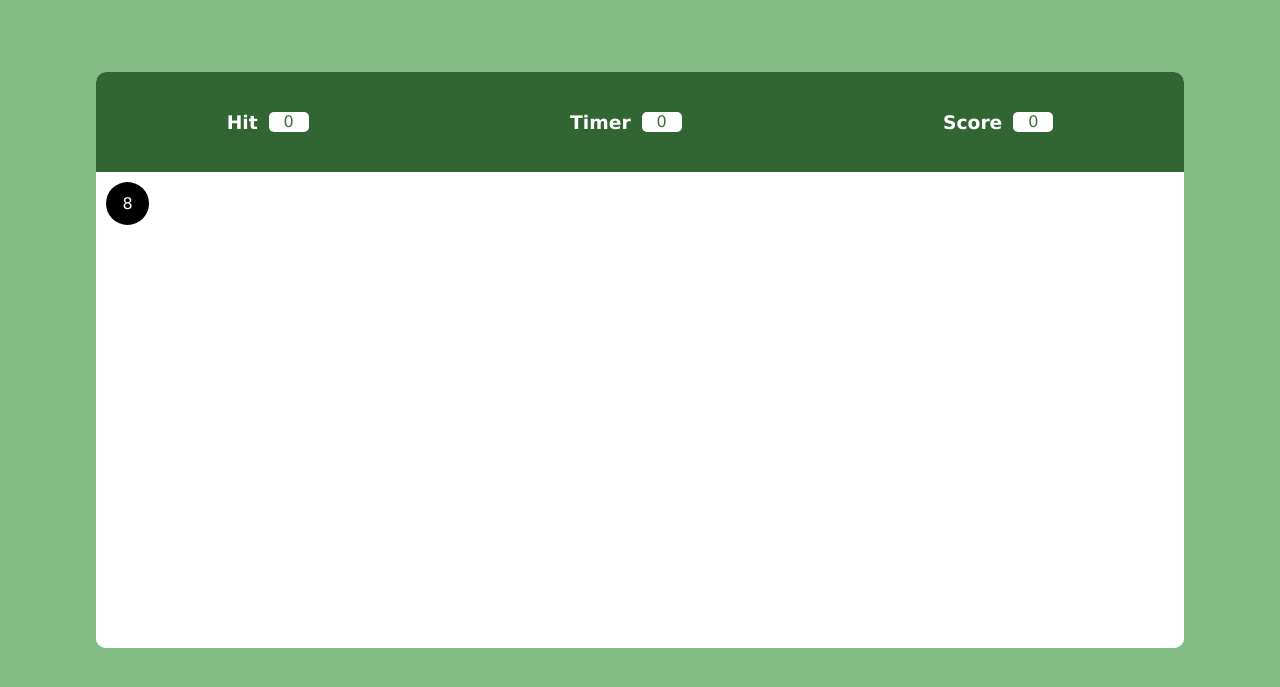
Repository: ketansharma22/BubbleGame
Page: index.html
An editor plug-in stored every save of this project. The page is shown before and after a run of saves, followed by the edit.
The browser window is 1280 px wide. The pictures show the whole page.

Above is the page before, as saved 2024-02-18 23:14:45.

### index.html
<!DOCTYPE html>
<html lang="en">
<head>
    <meta charset="UTF-8">
    <meta name="viewport" content="width=device-width, initial-scale=1.0">
    <title>BubbleGame</title>
    <link rel="stylesheet" href="styles.css">
</head>
<body>
    <div class="main">
        <div class="show">
            <div class="upper">
                <div class="hit" id="sameee">
                    <h3>Hit</h3>
                    <div class="box">0</div>
                </div>
                <div class="timer" id="sameee">
                    <h3>Timer</h3>
                    <div class="box">0</div>
                </div>
                <div class="score" id="sameee">
                    <h3>Score</h3>
                    <div class="box">0  </div>
                </div>
            </div>

            <div class="lower">
                <div class="bubble">8</div>
            </div>
        </div>
    </div>
</body>
</html>

### styles.css
*{
    margin: 0;
    padding: 0;
    box-sizing: border-box;
    font-family:Verdana, Geneva, Tahoma, sans-serif
}
html,body{
    width: 100%;
    height: 100%;
}
.main{
    display: flex;
    justify-content: center;
    align-items: center;
    width: 100%;
    height: 100%;
    background-color: rgb(132, 189, 132);
}
.show{
    width: 85%;
    height: 80%;
    background-color: #fff;
    border-radius: 10px;
    overflow: hidden;
}
.upper{
    width: 100%;
    height: 100px;
    background-color:rgb(49, 102, 51);
    color: white;
    display: flex;
    align-items: center;
    justify-content: space-around;
}
.box{
    width: 40px;
    background-color: white;
    color:rgb(60, 112, 60);
    display: flex;
    justify-content: center;
    align-items: center;
    height: 20px;
    border-radius: 5px;
}
#sameee{
    display: flex;
    gap: 11px;
}


.lower{
    width: 100%;
    height: calc(100% - 100px);
    background-color: white;
    display: flex;
    flex-wrap: wrap;
}
.bubble{
    width: 43px;
    background-color: black;
    color: white;
    height: 43px;
    border-radius: 50%;
    display: flex;
    justify-content: center;
    align-items: center;
    margin: 10px;
    gap: 10px;
}

After the next 2 saves:
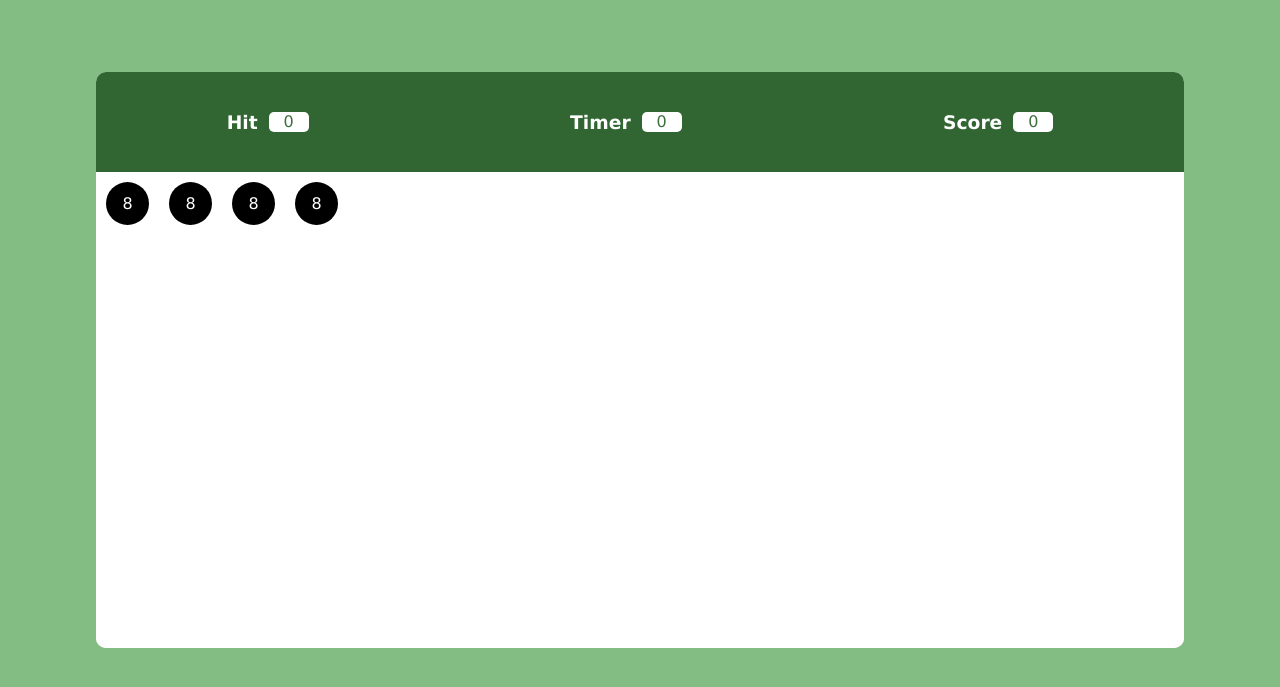
The 2 saves are shown as one change because they came seconds apart.
The last was saved 20 s later.
--- a/index.html
+++ b/index.html
@@ -25,7 +25,7 @@
             </div>
 
             <div class="lower">
-                <div class="bubble">8</div>
+                <div class="bubble">8</div><div class="bubble">8</div><div class="bubble">8</div><div class="bubble">8</div>
             </div>
         </div>
     </div>

After the save that followed:
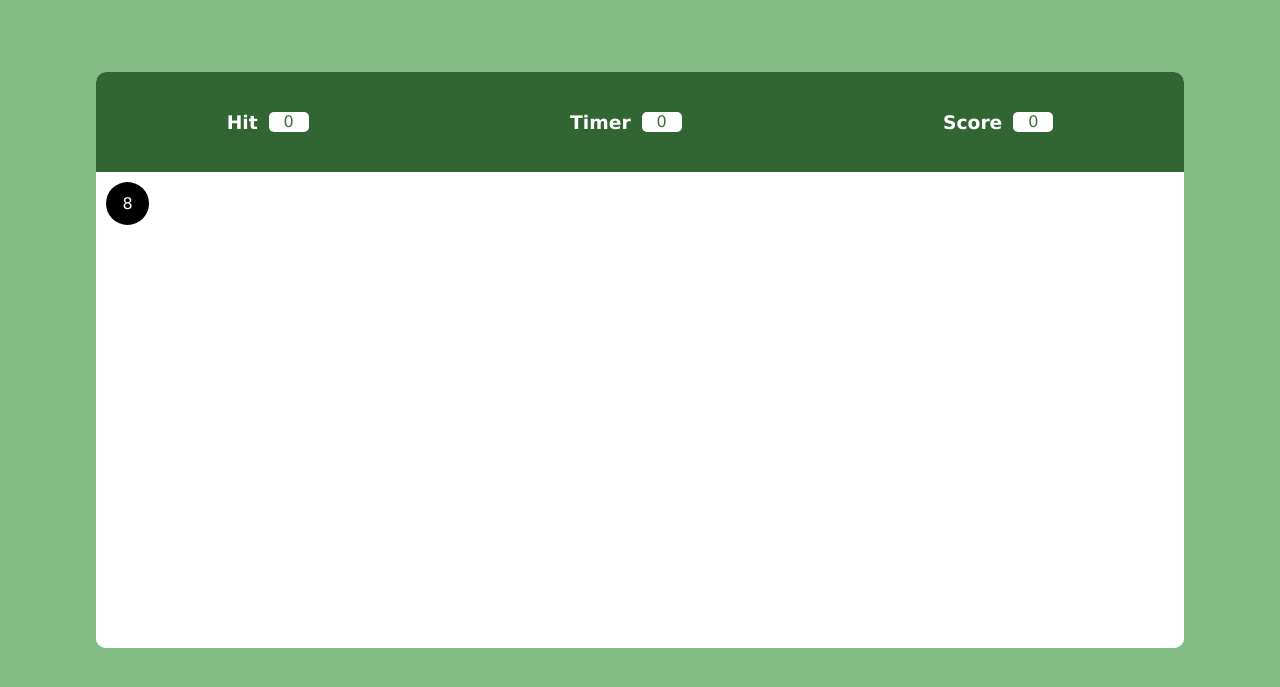
Saved 4 s later.
--- a/index.html
+++ b/index.html
@@ -25,7 +25,7 @@
             </div>
 
             <div class="lower">
-                <div class="bubble">8</div><div class="bubble">8</div><div class="bubble">8</div><div class="bubble">8</div>
+                <div class="bubble">8</div>
             </div>
         </div>
     </div>
